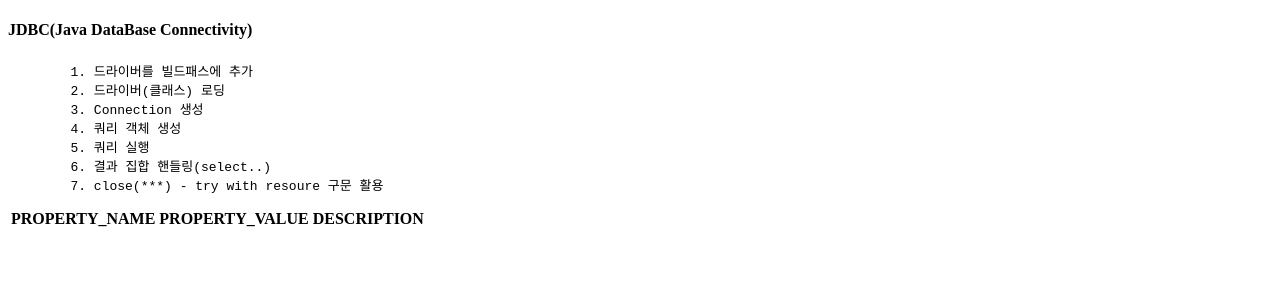
Repository: hoseolkim/amoe2
Page: http://localhost/WebStudy02_MVN/13/jdbcDesc.jsp
These files come from the project's save history. The page is drawn as it stood at one moment and after the next save; the edit follows.
The browser window is 1280 px wide. The pictures show the whole page.
The page is served by Tomcat 9. Queries for data that is not in the repository find no rows.

Above is the page before, as saved 2023-09-19 03:23:10.

After the next save:
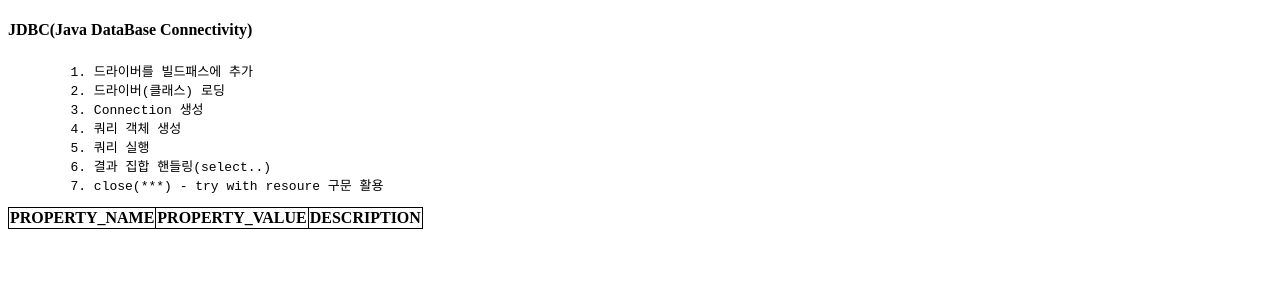
Saved 19 min 16 s later.
--- a/WebStudy02_MVN/src/main/webapp/13/jdbcDesc.jsp
+++ b/WebStudy02_MVN/src/main/webapp/13/jdbcDesc.jsp
@@ -10,6 +10,14 @@
 <head>
 <meta charset="UTF-8">
 <title>13/jdbcDesc.jsp</title>
+<style>
+	table {
+		border-collapse: collapse;
+	}
+	th, td {
+		border : 1px solid black;
+	}
+</style>
 </head>
 <body>
 <h4>JDBC(Java DataBase Connectivity)</h4>
